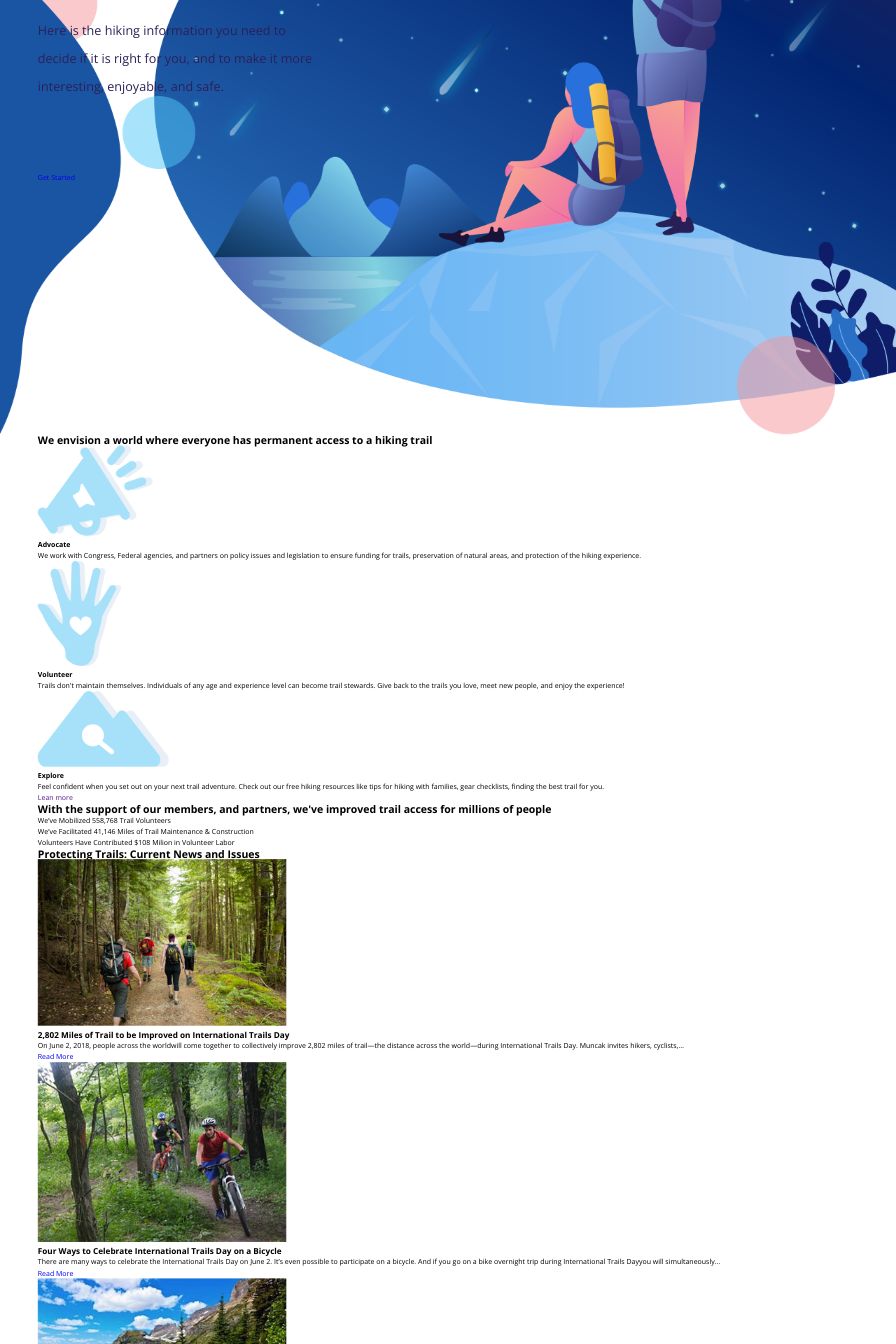
Repository: huubinh98/Project
Page: muncak/index.html
These files come from the project's save history. The page is drawn as it stood at one moment and after the next save; the edit follows.
The browser window is 1280 px wide. The pictures show the part of the page from y = 405 to 2325 px (the page is 2989 px tall before and 3013 px after), at 70% of full size.

Above is the page before, as saved 2021-08-28 16:41:51.

After the next save:
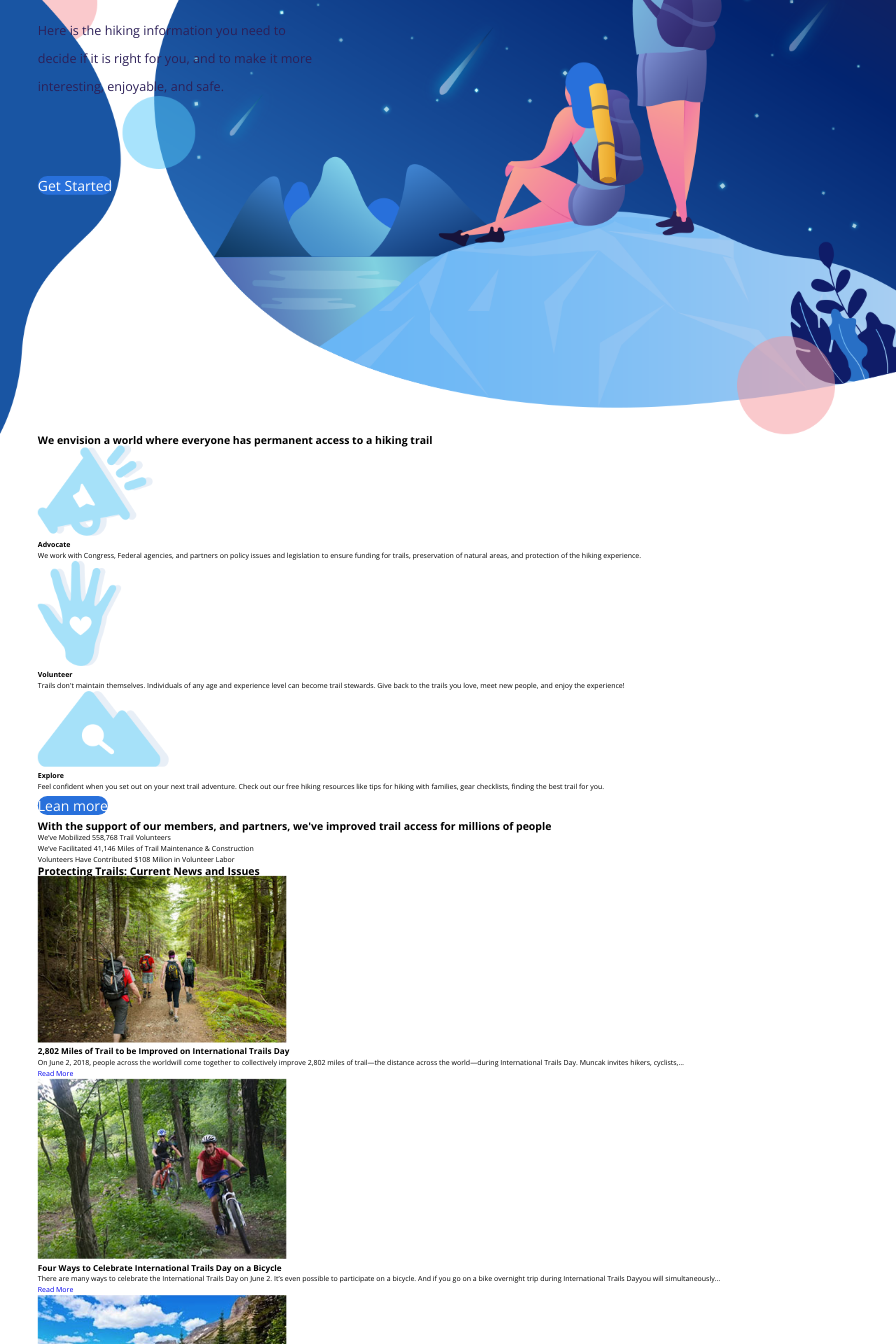
Saved 108 s later.
--- a/muncak/style.css
+++ b/muncak/style.css
@@ -29,6 +29,14 @@ a {
     max-width: 1172px;
     width: 100%;
     margin: 0 auto;
+}
+
+.btn {
+    font-size: 2rem;
+    line-height: 4rem;
+    color: #fbfcfc;
+    background-color: #2870db;
+    border-radius: 20px;
 }
 
 .header {
